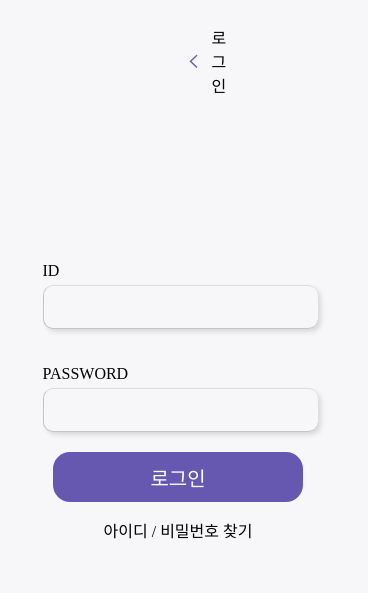
Repository: PEPI-dev/UI
Page: login/login.html
An editor plug-in stored every save of this project. The page is shown before and after the next save, followed by the edit.
The browser window is 360 px wide. The page is 368 px wide, so the pictures cover 368 px, including what lies to the right of the window. The pictures show the whole page.
Some web fonts or font styles are not loaded; a fallback is used.

Above is the page before, as saved 2023-12-05 14:04:14.

After the next save:
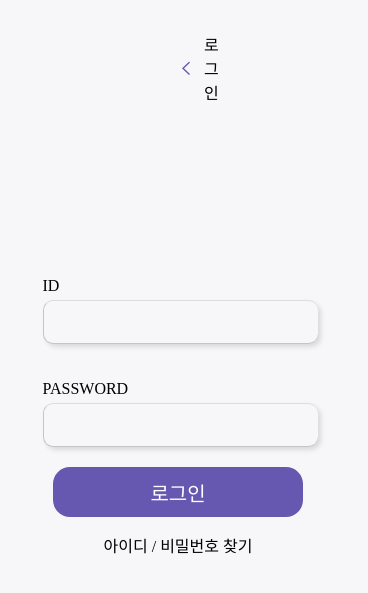
Saved 8 s later.
--- a/login/login.css
+++ b/login/login.css
@@ -94,8 +94,8 @@ body {
     justify-content: flex-start; /* Align to the left */
     margin-bottom: auto; /* Push to the bottom */
     margin-top: 35px; /* Push to the top */
-    width: 35px;
-    height: 35px;
+    width: 50px;
+    height: 50px;
     margin-left: 30px;
 
     }
